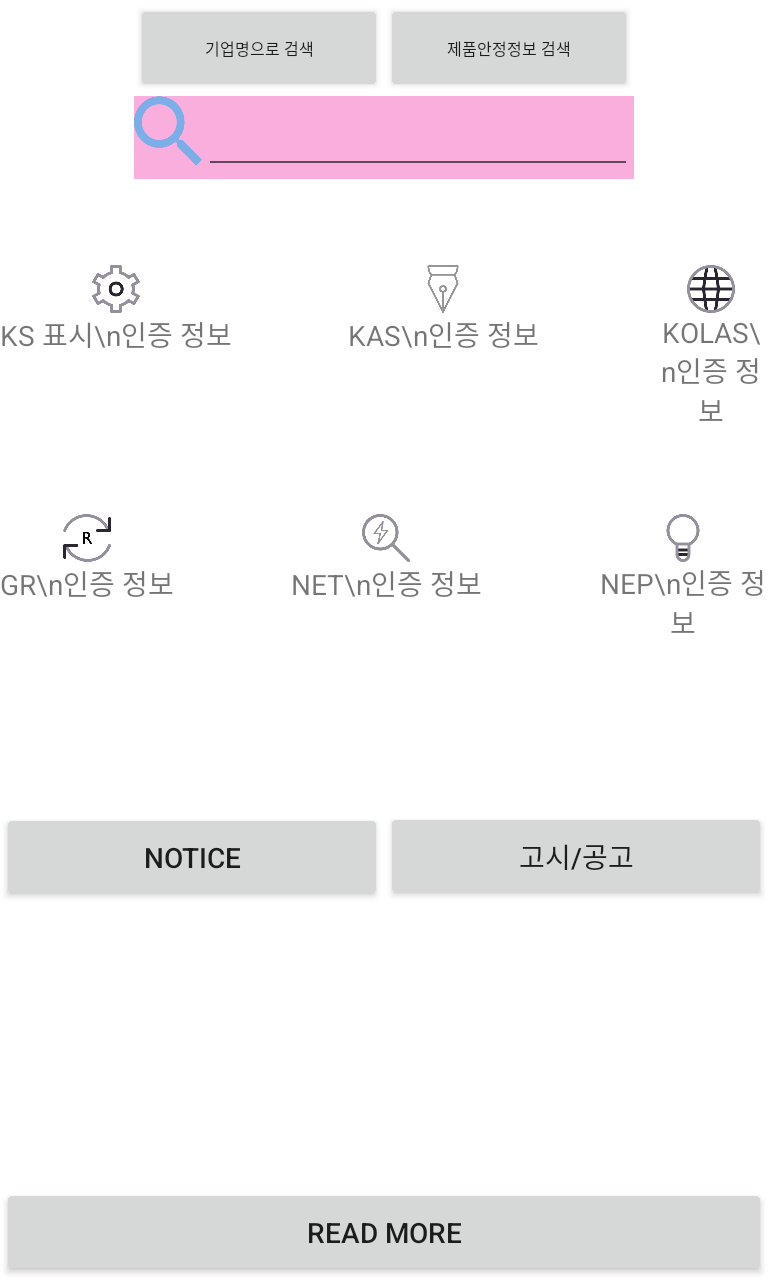
Repository: team-peony/ccfinder
Layout: android/CertifiedCompanyFinder/res/layout/fragment_main.xml
The author's editor kept a copy of each file at every save. The layout is drawn from the files as they stood at one save, then again after the next save.
It is drawn on a 768 x 1280 px phone screen (xhdpi) without system bars, with theme AppTheme; the app's code is not run. Lists and similar views that code fills are empty.

Above is the layout before, as saved 2015-02-18 17:17:00.

After the next save:
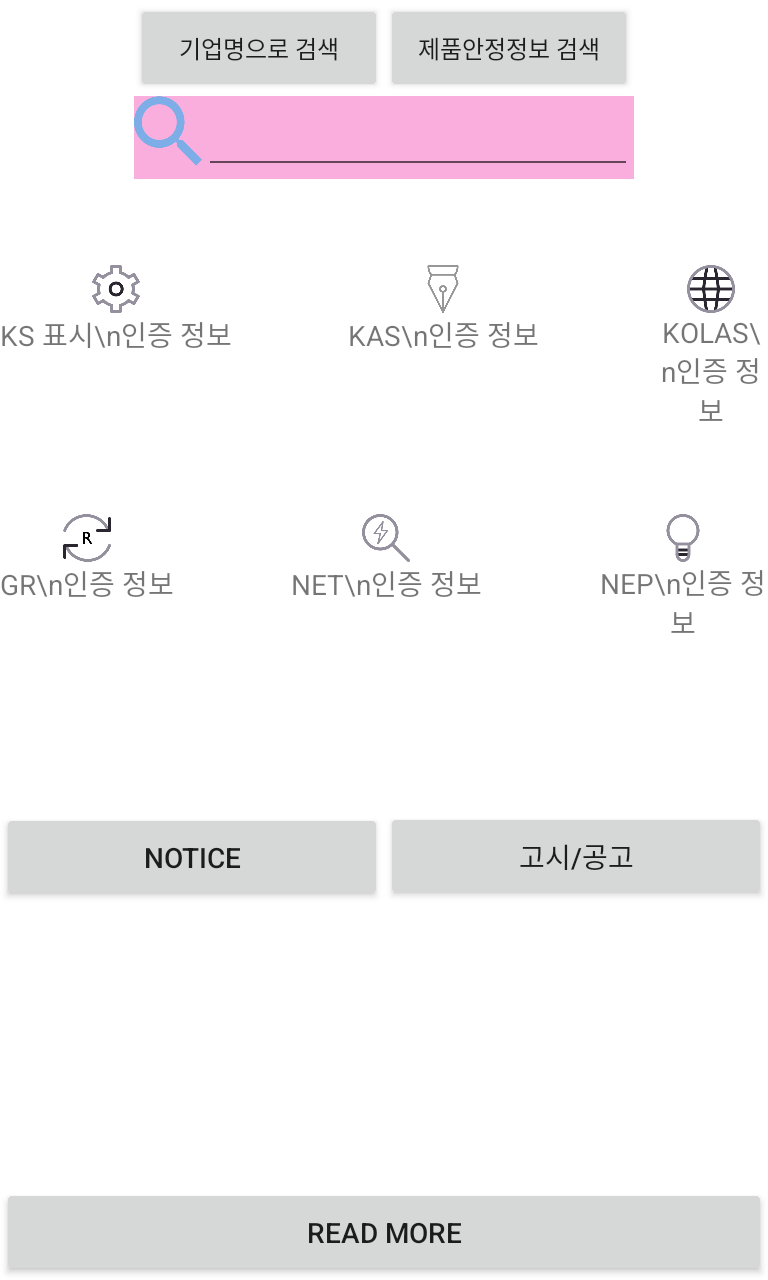
Saved 17 s later.
--- a/android/CertifiedCompanyFinder/res/layout/fragment_main.xml
+++ b/android/CertifiedCompanyFinder/res/layout/fragment_main.xml
@@ -23,7 +23,7 @@
                 android:layout_height="wrap_content"
                 android:layout_weight="1"
                 android:padding="0dp"
-                android:textSize="8sp"
+                android:textSize="12sp"
                 android:text="기업명으로 검색"/>
 
             <Button
@@ -32,7 +32,7 @@
                 android:layout_height="wrap_content"
                 android:layout_weight="1"
                 android:padding="0dp"
-                android:textSize="8sp"
+                android:textSize="12sp"
                 android:text="제품안정정보 검색"/>
 
         </LinearLayout>
